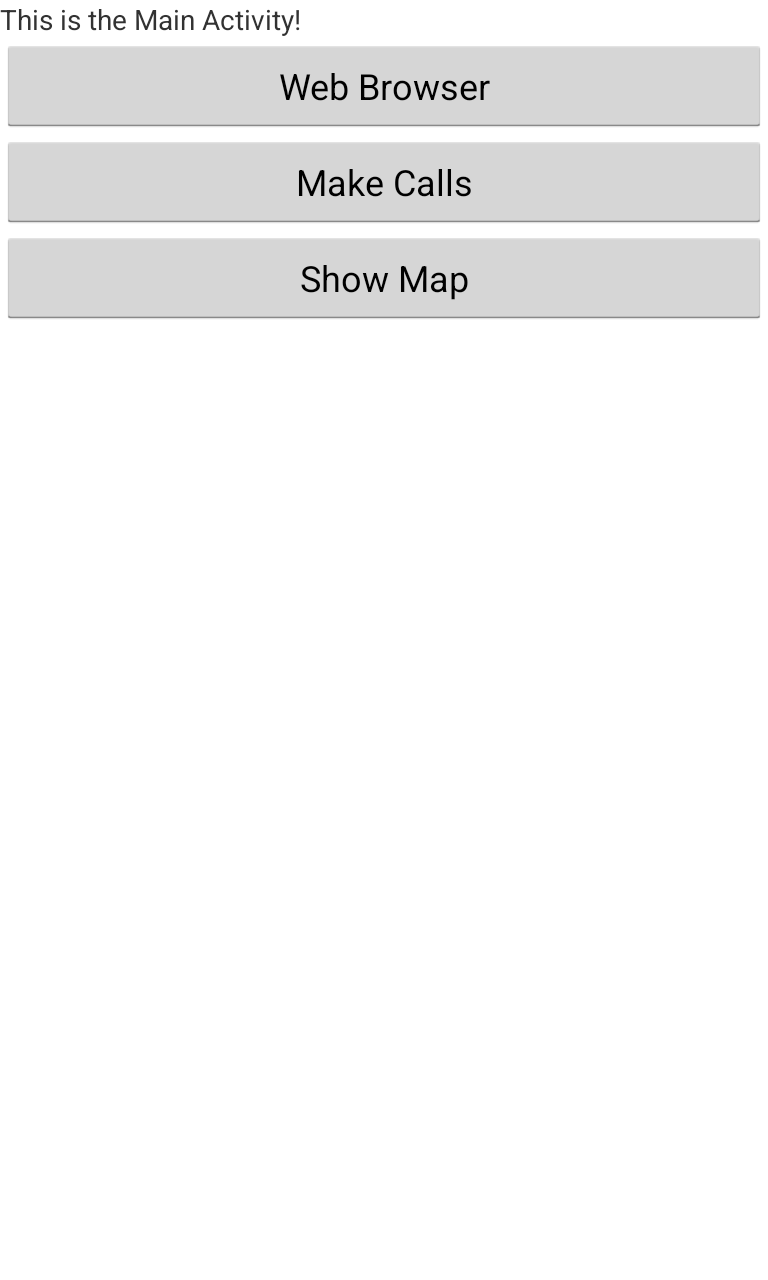
Repository: nyakeh/Android
Layout: Intents/res/layout/main.xml
An editor plug-in stored every save of this project. The layout is shown before and after the next save, followed by the edit.
It is drawn on a 768 x 1280 px phone screen (xhdpi) without system bars, with theme AppTheme; the app's code is not run.

Above is the layout before, as saved 2013-08-15 15:20:24.

### Intents/res/layout/main.xml
<?xml version="1.0" encoding="utf-8"?>
<LinearLayout xmlns:android="http://schemas.android.com/apk/res/android"
	android:layout_width="fill_parent"
	android:layout_height="fill_parent"
	android:orientation="vertical" >

	<TextView
		android:layout_width="fill_parent"
		android:layout_height="wrap_content"
		android:text="This is the Main Activity!" />

    <Button
		android:id="@+id/btn_webbrowser"
		android:layout_width="fill_parent"
		android:layout_height="wrap_content"
		android:text="Web Browser"
		android:onClick="onClickWebBrowser" />

	<Button
		android:id="@+id/btn_makecalls"
		android:layout_width="fill_parent"
		android:layout_height="wrap_content"
		android:text="Make Calls"
		android:onClick="onClickMakeCalls" />

	<Button
		android:id="@+id/btn_showMap"
		android:layout_width="fill_parent"
		android:layout_height="wrap_content"
		android:text="Show Map"
		android:onClick="onClickShowMap" />

</LinearLayout>

Loaded but not shown: Intents/res/values/styles.xml (common file); Intents/res/values-v11/styles.xml (common file); Intents/res/values-v14/styles.xml (common file)

After the next save:
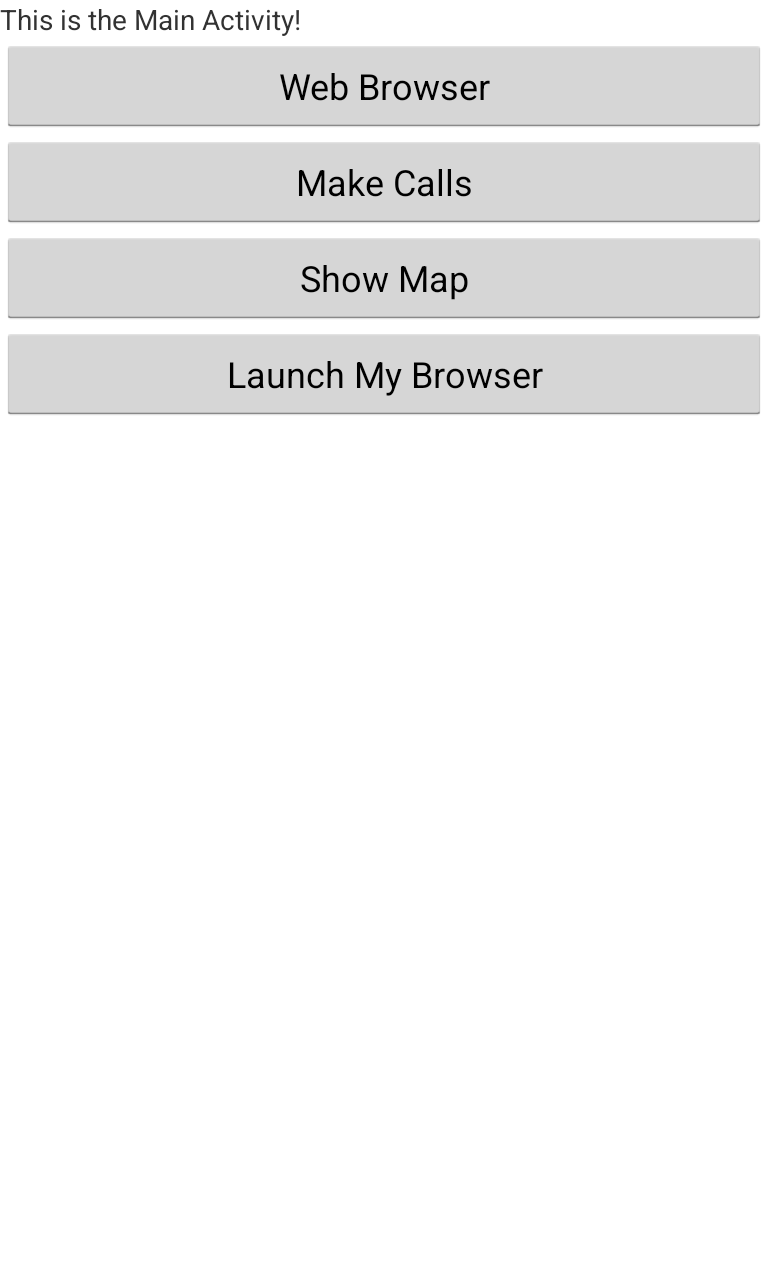
Saved 71 s later.
--- a/Intents/res/layout/main.xml
+++ b/Intents/res/layout/main.xml
@@ -30,4 +30,11 @@
 		android:text="Show Map"
 		android:onClick="onClickShowMap" />
 
+	<Button
+		android:id="@+id/btn_launchMyBrowser"
+		android:layout_width="fill_parent"
+		android:layout_height="wrap_content"
+		android:text="Launch My Browser"
+		android:onClick="onClickLaunchMyBrowser" />
+
 </LinearLayout>
